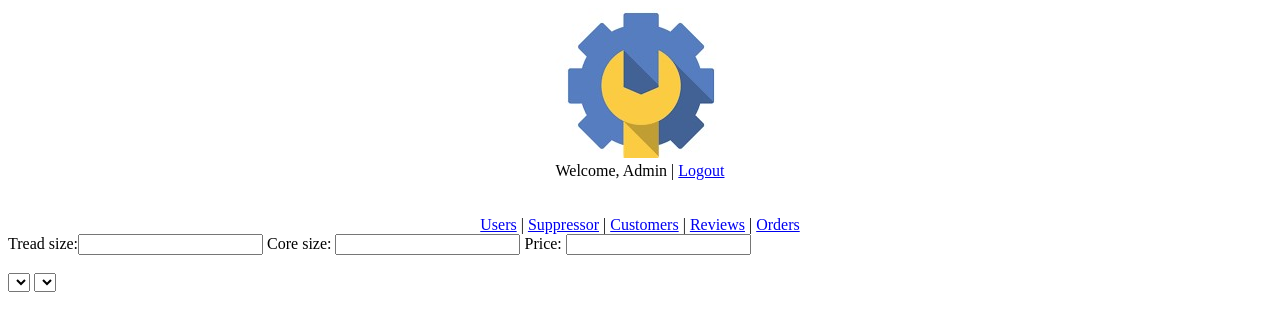
Repository: RezaEftekharzadeh/frey
Page: http://localhost/SilencerStoreProject/admin/silencer_form.jsp
These files come from the project's save history. The page is drawn as it stood at one moment and after the next save; the edit follows.
The browser window is 1280 px wide. The pictures show the whole page.
The page is served by Tomcat 9. Nobody is signed in. The application's start-up code is not run. Other server files are loaded and not shown.

Above is the page before, as saved 2020-08-05 07:43:45.

### SilencerStoreProject/WebContent/admin/silencer_form.jsp
<%@ page language="java" contentType="text/html; charset=ISO-8859-1"
    pageEncoding="ISO-8859-1"%>
<!DOCTYPE html>
<html>
<head>
<meta charset="ISO-8859-1">
<title>Insert title here</title>
</head>
<body>
<jsp:include page="header.jsp" />
	<form action="">

		Tread size:<input type="text" >
		Core size: <input type="text">
		Price: <input type="text">

		<br/><br/>

		<select>
			<option value>

		</select>

		<select>
			<option value>

		</select>



	</form>

</body>
</html>

### SilencerStoreProject/WebContent/admin/header.jsp
<div align="center">

	<div >
		 <img src="../images/admin-page.jpg">
	</div>

	<div >
	  Welcome, Admin | <a href="logout">Logout</a>
	</div>
	<br><br>

	<div>
		<a href="list_users">Users</a> |
		<a href="suppressor">Suppressor</a> |
		<a href="customers">Customers</a> |
		<a href="reviews">Reviews</a> |
		<a href="orders">Orders</a>
	</div>
</div>

After the next save:
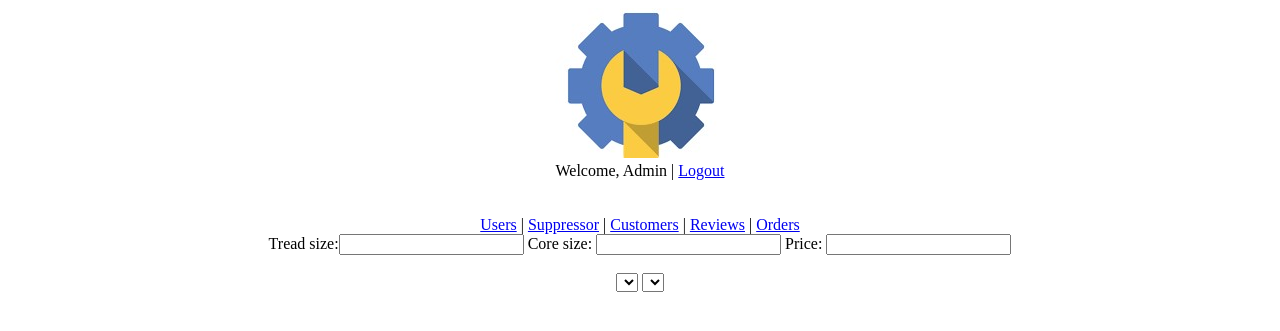
Saved 62 s later.
--- a/SilencerStoreProject/WebContent/admin/silencer_form.jsp
+++ b/SilencerStoreProject/WebContent/admin/silencer_form.jsp
@@ -8,27 +8,27 @@
 </head>
 <body>
 <jsp:include page="header.jsp" />
-	<form action="">
+	<div align="center">
+		<form action="">
 
-		Tread size:<input type="text" >
-		Core size: <input type="text">
-		Price: <input type="text">
+			Tread size:<input type="text" >
+			Core size: <input type="text">
+			Price: <input type="text">
 
-		<br/><br/>
+			<br/><br/>
 
-		<select>
-			<option value>
+			<select>
+				<option value>
 
-		</select>
+			</select>
 
-		<select>
-			<option value>
+			<select>
+				<option value>
 
-		</select>
+			</select>
 
-
-
-	</form>
+		</form>
+	</div>
 
 </body>
 </html>
